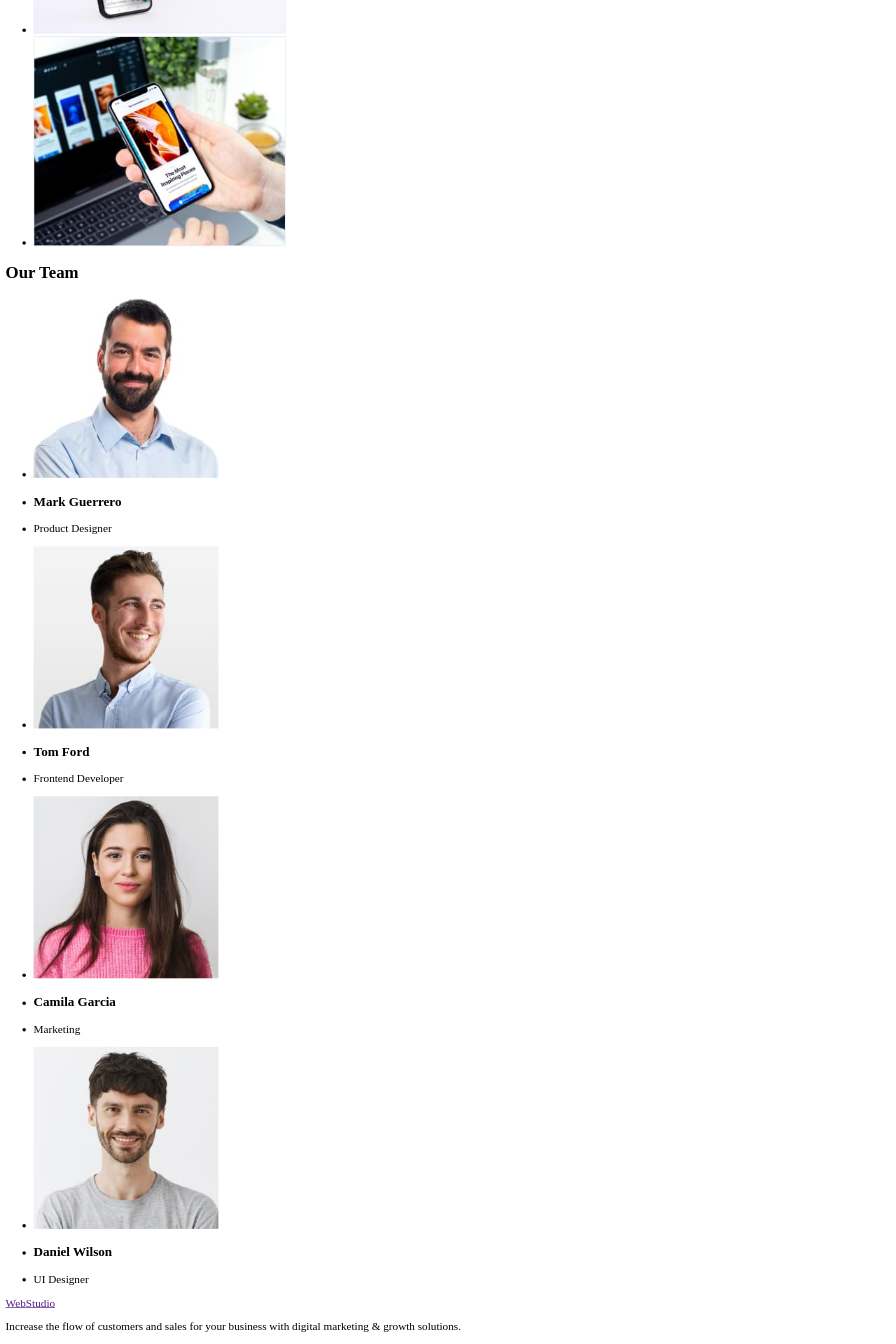
Repository: GrishchenkoNataliya/goit-markup-hw-02
Page: index.html
The author's editor kept a copy of each file at every save. The page is drawn from the files as they stood at one save, then again after the next save.
The browser window is 1280 px wide. The pictures show the part of the page from y = 1172 to 3092 px (the page is 3092 px tall before and 2846 px after), at 70% of full size.

Above is the page before, as saved 2023-02-26 01:13:05.

After the next save:
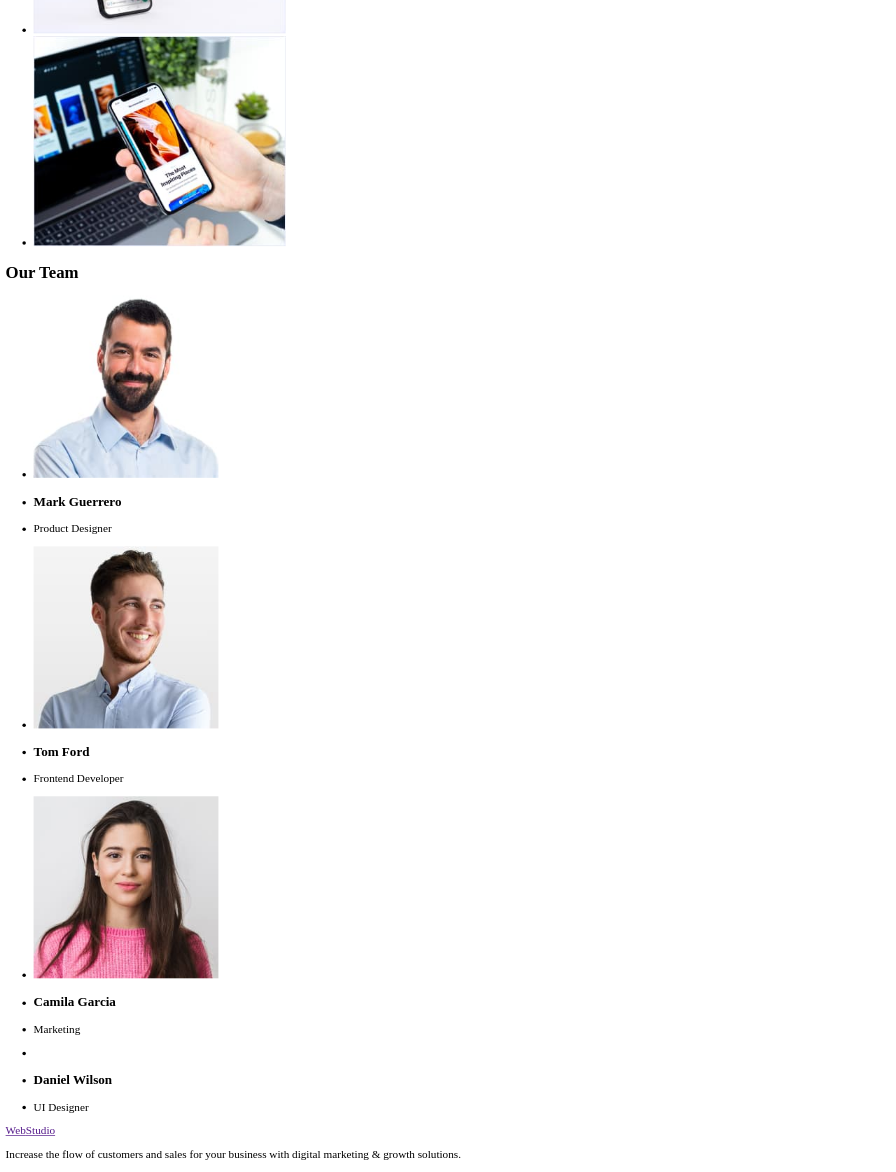
Saved 42 s later.
--- a/index.html
+++ b/index.html
@@ -141,7 +141,7 @@
               src="./images/img4.jpg"
               alt="Daniel Wilson"
               width="264"
-              height="auto"
+              height="0px"
             />
           </li>
           <li><h3>Daniel Wilson</h3></li>

After the save that followed:
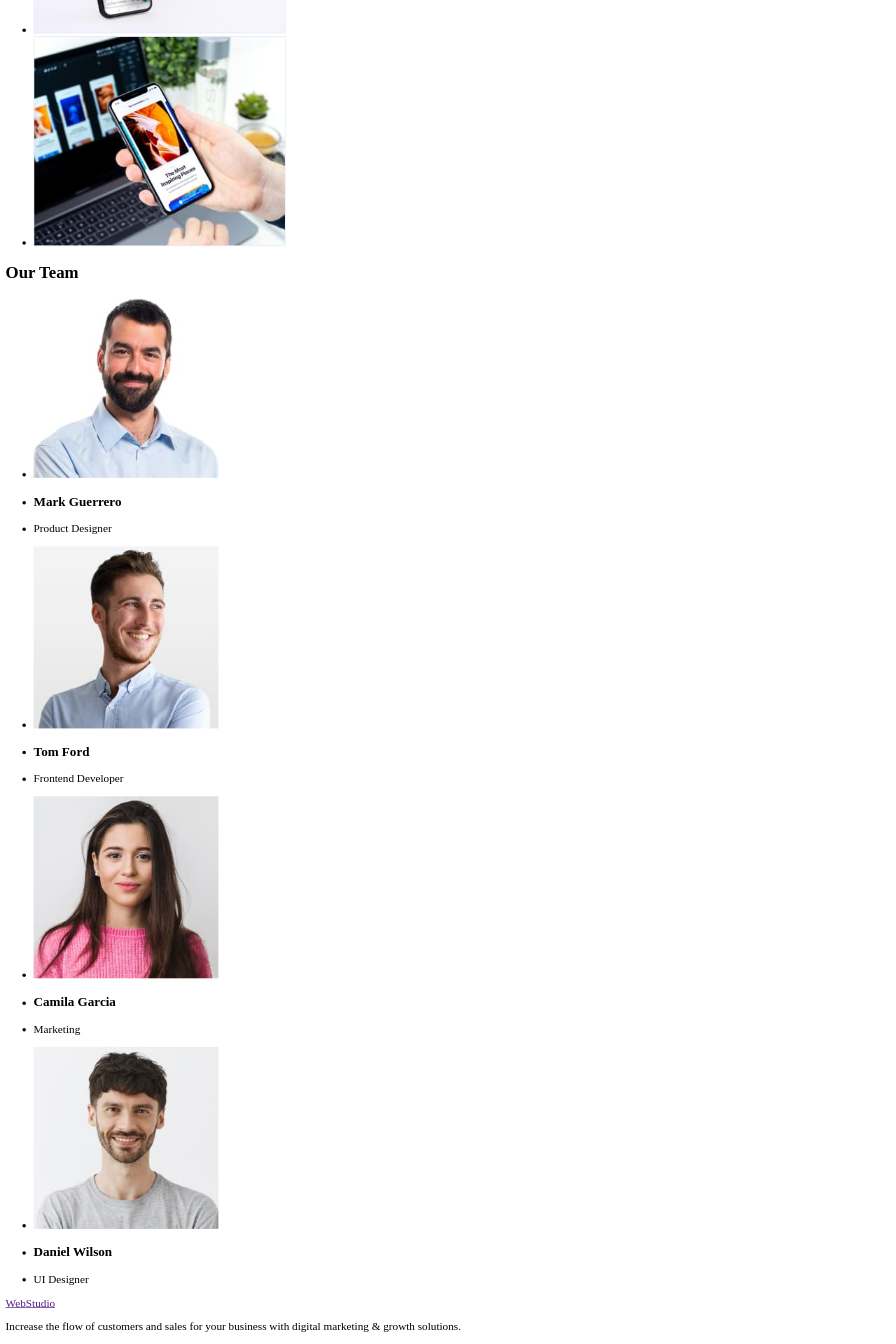
Saved 6 s later.
--- a/index.html
+++ b/index.html
@@ -141,7 +141,7 @@
               src="./images/img4.jpg"
               alt="Daniel Wilson"
               width="264"
-              height="0px"
+              height=""
             />
           </li>
           <li><h3>Daniel Wilson</h3></li>
